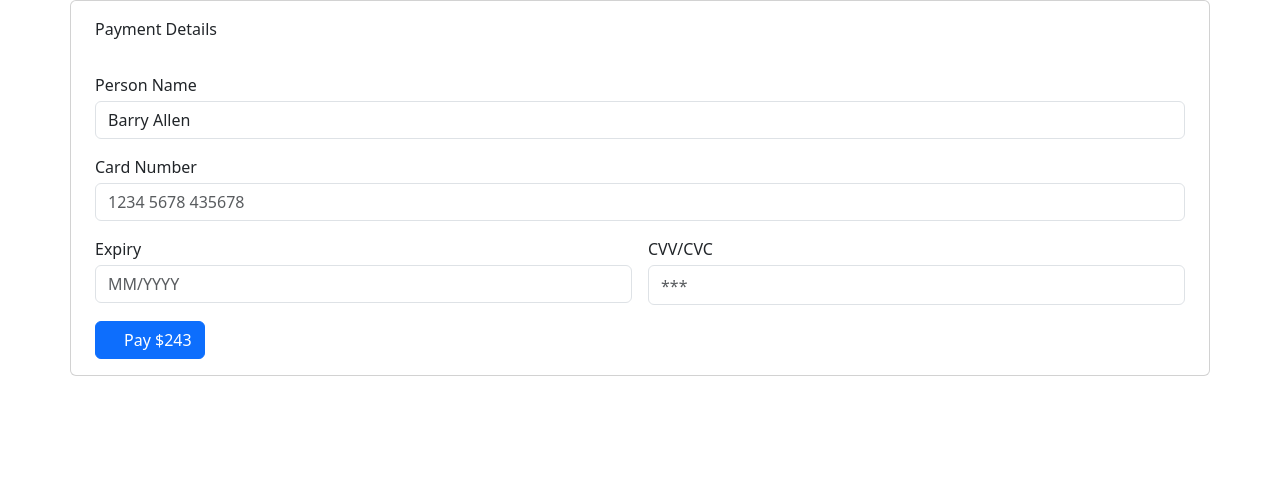
Repository: Jihad2909/Jakarta_Project_Agence_Location
Page: http://localhost/agence_location/payment
An editor plug-in stored every save of this project. The page is shown before and after the next save, followed by the edit.
The browser window is 1280 px wide. The pictures show the whole page.
The page is served by Tomcat 10. Other server files are loaded and not shown.

Above is the page before, as saved 2024-04-25 13:41:14.

### agence_location/src/main/webapp/WEB-INF/Views/payment.jsp
<%@ page language="java" contentType="text/html; charset=UTF-8"
    pageEncoding="UTF-8"%>
<!DOCTYPE html>
<html>
<head>
<meta charset="UTF-8">
<title>Insert title here</title>
    <link href="https://cdn.jsdelivr.net/npm/bootstrap@5.3.3/dist/css/bootstrap.min.css" rel="stylesheet" integrity="sha384-QWTKZyjpPEjISv5WaRU9OFeRpok6YctnYmDr5pNlyT2bRjXh0JMhjY6hW+ALEwIH" crossorigin="anonymous">

</head>
<body>

	<div class="container p-0">
        <div class="card px-4">
            <p class="h8 py-3">Payment Details</p>
            <div class="row gx-3">
                <div class="col-12">
                    <div class="d-flex flex-column">
                        <p class="text mb-1">Person Name</p>
                        <input class="form-control mb-3" type="text" placeholder="Name" value="Barry Allen">
                    </div>
                </div>
                <div class="col-12">
                    <div class="d-flex flex-column">
                        <p class="text mb-1">Card Number</p>
                        <input class="form-control mb-3" type="text" placeholder="1234 5678 435678">
                    </div>
                </div>
                <div class="col-6">
                    <div class="d-flex flex-column">
                        <p class="text mb-1">Expiry</p>
                        <input class="form-control mb-3" type="text" placeholder="MM/YYYY">
                    </div>
                </div>
                <div class="col-6">
                    <div class="d-flex flex-column">
                        <p class="text mb-1">CVV/CVC</p>
                        <input class="form-control mb-3 pt-2 " type="password" placeholder="***">
                    </div>
                </div>
                <div class="col-12">
                    <div class="btn btn-primary mb-3">
                        <span class="ps-3">Pay $243</span>
                        <span class="fas fa-arrow-right"></span>
                    </div>
                </div>
            </div>
        </div>
    </div>


</body>
</html>

### agence_location/src/main/java/Controllers/AffichePayment.java
package Controllers;

import jakarta.servlet.ServletException;
import jakarta.servlet.annotation.WebServlet;
import jakarta.servlet.http.HttpServlet;
import jakarta.servlet.http.HttpServletRequest;
import jakarta.servlet.http.HttpServletResponse;
import java.io.IOException;

@WebServlet("/payment")
public class AffichePayment extends HttpServlet {
	private static final long serialVersionUID = 1L;

    /**
     * @see HttpServlet#HttpServlet()
     */
    public AffichePayment() {
        super();
        // TODO Auto-generated constructor stub
    }


	protected void doGet(HttpServletRequest request, HttpServletResponse response) throws ServletException, IOException {
		request.getRequestDispatcher("/WEB-INF/Views/payment.jsp").forward(request, response);
	}

	/**
	 * @see HttpServlet#doPost(HttpServletRequest request, HttpServletResponse response)
	 */
	protected void doPost(HttpServletRequest request, HttpServletResponse response) throws ServletException, IOException {
		// TODO Auto-generated method stub
		doGet(request, response);
	}

}

After the next save:
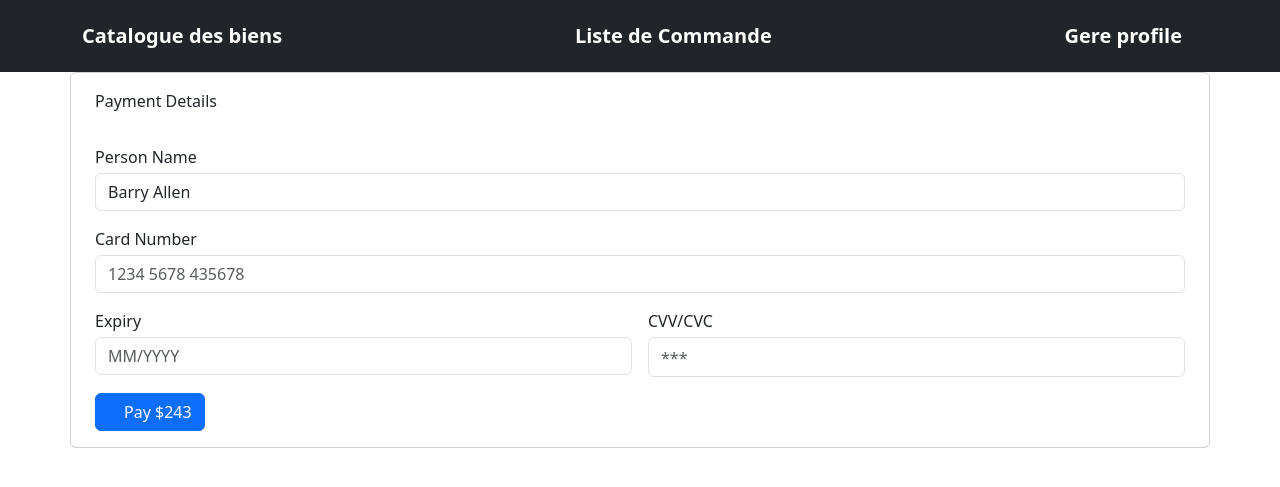
Saved 2 min 19 s later.
--- a/agence_location/src/main/webapp/WEB-INF/Views/payment.jsp
+++ b/agence_location/src/main/webapp/WEB-INF/Views/payment.jsp
@@ -9,7 +9,21 @@
 
 </head>
 <body>
-
+ <header>
+      <div class="navbar p-3 navbar-dark bg-dark box-shadow">
+        <div class="container d-flex justify-content-between">
+          <a href="cata" class="navbar-brand d-flex align-items-left">
+            <strong>Catalogue des biens</strong>
+          </a>
+          <a href="affichecommande" class="navbar-brand d-flex align-items-right">
+            <strong>Liste de Commande</strong>
+          </a>
+          <a href="profile" class="navbar-brand d-flex align-items-right">
+            <strong>Gere profile</strong>
+          </a>
+        </div>
+      </div>
+    </header>
 	<div class="container p-0">
         <div class="card px-4">
             <p class="h8 py-3">Payment Details</p>
